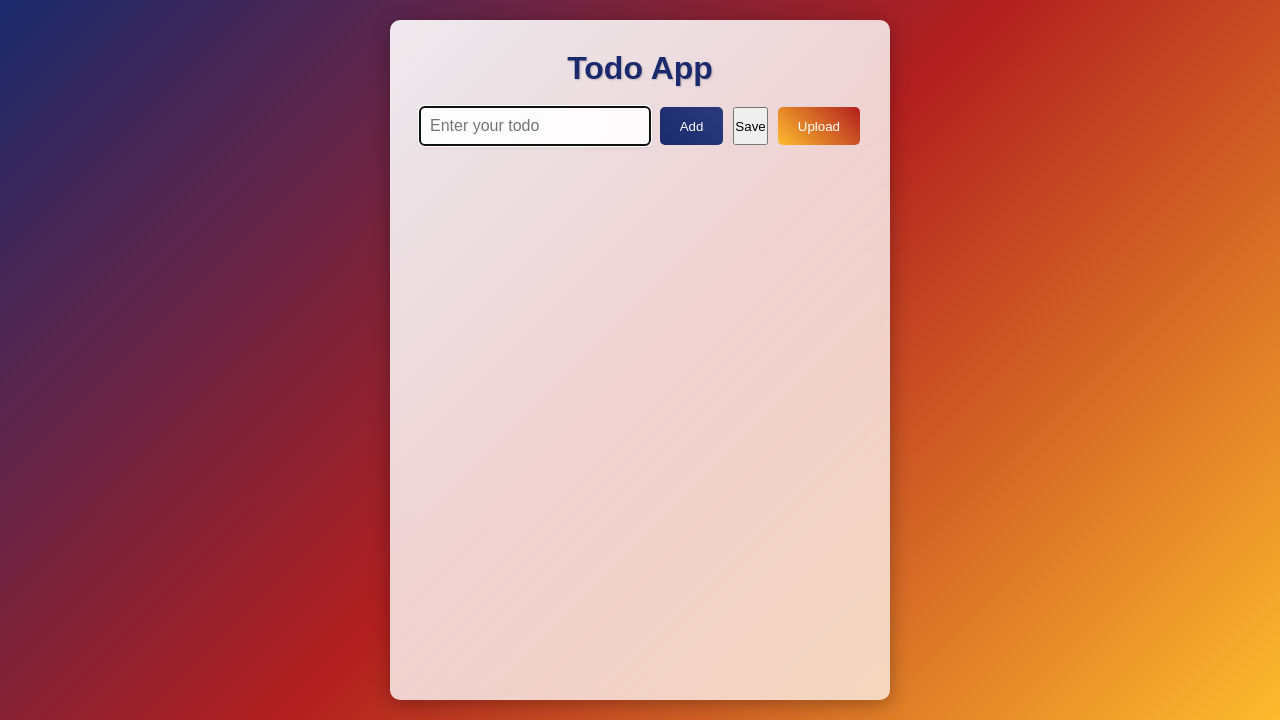
Repository: Teycir/todo-app
Page: index.html
The author's editor kept a copy of each file at every save. The page is drawn from the files as they stood at one save, then again after the next save.
The browser window is 1280 px wide. The pictures show the whole page.

Above is the page before, as saved 2024-11-07 18:14:02.

### index.html
<!DOCTYPE html>
<html lang="en">
<head>
    <meta charset="UTF-8">
    <meta name="viewport" content="width=device-width, initial-scale=1.0">
    <title>Todo App</title>
    <link rel="stylesheet" href="style.css">
</head>
<body>
    <div class="container">
        <h1>Todo App</h1>
        <div class="input-section">
            <input type="text" id="todoInput" placeholder="Enter your todo">
            <button id="addTodo">Add</button>
            <button id="saveTodo">Save</button>
            <button id="uploadTodo">Upload</button>
        </div>
        <ul id="todoList"></ul>
    </div>
    <script src="script.js"></script>
</body>
</html>

### style.css
* {
    margin: 0;
    padding: 0;
    box-sizing: border-box;
    font-family: Arial, sans-serif;
}

body {
    background: linear-gradient(135deg, #1a2a6c, #b21f1f, #fdbb2d);
    min-height: 100vh;
    display: flex;
    justify-content: center;
    padding: 20px;
}

.container {
    background: linear-gradient(135deg,
        rgba(255, 255, 255, 0.9),
        rgba(255, 255, 255, 0.8) 50%,
        rgba(255, 255, 255, 0.7)
    );
    padding: 30px;
    border-radius: 10px;
    box-shadow: 0 4px 20px rgba(0, 0, 0, 0.3);
    backdrop-filter: blur(10px);
    width: 100%;
    max-width: 500px;
}

h1 {
    color: #1a2a6c;
    text-align: center;
    margin-bottom: 20px;
    text-shadow: 1px 1px 2px rgba(0, 0, 0, 0.2);
}

.input-section {
    display: flex;
    gap: 10px;
    margin-bottom: 20px;
}

#todoInput {
    flex: 1;
    padding: 10px;
    border: none;
    border-radius: 5px;
    font-size: 16px;
    background: linear-gradient(to right, rgba(255, 255, 255, 0.95), rgba(255, 255, 255, 0.9));
    box-shadow: 0 2px 5px rgba(0, 0, 0, 0.1);
}

#addTodo, #uploadTodo {
    padding: 10px 20px;
    background: linear-gradient(45deg, #1a2a6c, #2a3a7c);
    color: white;
    border: none;
    border-radius: 5px;
    cursor: pointer;
    transition: transform 0.2s, box-shadow 0.2s;
}

#uploadTodo {
    background: linear-gradient(45deg, #fdbb2d, #b21f1f);
}

#todoList {
    list-style: none;
}

.todo-item {
    display: flex;
    align-items: center;
    padding: 10px;
    background: linear-gradient(to right, rgba(255, 255, 255, 0.95), rgba(255, 255, 255, 0.85));
    margin-bottom: 8px;
    border-radius: 5px;
    transition: all 0.3s;
    box-shadow: 0 2px 5px rgba(0, 0, 0, 0.1);
}

.todo-item:hover {
    background: linear-gradient(to right, rgba(255, 255, 255, 0.98), rgba(255, 255, 255, 0.9));
    transform: translateX(5px);
}

.todo-item.completed {
    background: linear-gradient(to right, rgba(232, 245, 233, 0.9), rgba(232, 245, 233, 0.8));
    text-decoration: line-through;
    color: #666;
}

.todo-item input[type="checkbox"] {
    margin-right: 10px;
    cursor: pointer;
}

.todo-text {
    flex: 1;
    color: #1a2a6c;
}

.delete-btn {
    padding: 5px 10px;
    background: linear-gradient(45deg, #b21f1f, #c52f2f);
    color: white;
    border: none;
    border-radius: 3px;
    cursor: pointer;
    transition: transform 0.2s, box-shadow 0.2s;
}

/* Common button hover styles */
#addTodo:hover, #uploadTodo:hover, .delete-btn:hover {
    box-shadow: 0 4px 8px rgba(0, 0, 0, 0.3);
    filter: brightness(1.1);
}

/* Button active state */
#addTodo:active, #uploadTodo:active, .delete-btn:active {
    transform: scale(0.95);
    box-shadow: 0 2px 4px rgba(0, 0, 0, 0.3);
}

### script.js
document.addEventListener('DOMContentLoaded', () => {
    const todoInput = document.getElementById('todoInput');
    const addTodoBtn = document.getElementById('addTodo');
    const uploadTodoBtn = document.getElementById('uploadTodo');
    const todoList = document.getElementById('todoList');

    // Load todos from localStorage and txt file
    let todos = JSON.parse(localStorage.getItem('todos')) || [];

    // Function to save todos to txt file
    async function saveTodosTxt() {
        const todoText = todos.map(todo =>
            `[${todo.completed ? 'x' : ' '}] ${todo.text}`
        ).join('\n');

        try {
            const blob = new Blob([todoText], { type: 'text/plain' });
            const handle = await window.showSaveFilePicker({
                suggestedName: 'todos.txt',
                types: [{
                    description: 'Text Files',
                    accept: { 'text/plain': ['.txt'] },
                }],
            });
            const writable = await handle.createWritable();
            await writable.write(blob);
            await writable.close();
        } catch (err) {
            console.error('Failed to save todos to file:', err);
        }
    }

    // Add ripple effect to buttons
    function createRipple(event) {
        const button = event.currentTarget;
        const ripple = document.createElement('span');
        const rect = button.getBoundingClientRect();

        const diameter = Math.max(rect.width, rect.height);
        const radius = diameter / 2;

        ripple.style.width = ripple.style.height = `${diameter}px`;
        ripple.style.left = `${event.clientX - rect.left - radius}px`;
        ripple.style.top = `${event.clientY - rect.top - radius}px`;
        ripple.className = 'ripple';

        // Remove existing ripples
        const existingRipple = button.querySelector('.ripple');
        if (existingRipple) {
            existingRipple.remove();
        }

        button.appendChild(ripple);

        // Remove ripple after animation
        setTimeout(() => ripple.remove(), 600);
    }

    // Add hover effects to buttons
    function addButtonEffects(button) {
        button.addEventListener('mouseover', () => {
            button.style.transform = 'scale(1.05) rotate(1deg)';
        });

        button.addEventListener('mouseout', () => {
            button.style.transform = 'scale(1) rotate(0deg)';
        });

        button.addEventListener('click', createRipple);
    }

    // Render existing todos
    function renderTodos() {
        todoList.innerHTML = '';
        todos.forEach((todo, index) => {
            const li = document.createElement('li');
            li.className = `todo-item ${todo.completed ? 'completed' : ''}`;

            li.innerHTML = `
                <input type="checkbox" ${todo.completed ? 'checked' : ''}>
                <span class="todo-text">${todo.text}</span>
                <button class="delete-btn">Delete</button>
            `;

            // Toggle completion
            const checkbox = li.querySelector('input[type="checkbox"]');
            checkbox.addEventListener('change', () => {
                todos[index].completed = checkbox.checked;
                li.classList.toggle('completed');
                saveTodos();
            });

            // Delete todo
            const deleteBtn = li.querySelector('.delete-btn');
            addButtonEffects(deleteBtn);
            deleteBtn.addEventListener('click', () => {
                li.style.transform = 'translateX(100px)';
                li.style.opacity = '0';
                setTimeout(() => {
                    todos.splice(index, 1);
                    renderTodos();
                    saveTodos();
                }, 300);
            });

            todoList.appendChild(li);
        });
    }

    // Save todos to localStorage and txt file
    function saveTodos() {
        localStorage.setItem('todos', JSON.stringify(todos));
        saveTodosTxt(); // Save to txt file
    }

    // Load todos from txt file
    async function loadTodosFromFile() {
        try {
            const [fileHandle] = await window.showOpenFilePicker({
                types: [{
                    description: 'Text Files',
                    accept: { 'text/plain': ['.txt'] },
                }],
            });
            const file = await fileHandle.getFile();
            const content = await file.text();

            // Parse the txt file content
            todos = content.split('\n').map(line => ({
                text: line.substring(4),
                completed: line.startsWith('[x]')
            })).filter(todo => todo.text);

            renderTodos();
            saveTodos();
        } catch (err) {
            console.error('Failed to load todos from file:', err);
        }
    }

    // Add new todo
    function addTodo() {
        const text = todoInput.value.trim();
        if (text) {
            todos.push({
                text,
                completed: false
            });
            todoInput.value = '';
            renderTodos();
            saveTodos();
            todoInput.focus();
        }
    }

    // Add effects to buttons
    addButtonEffects(addTodoBtn);
    addButtonEffects(uploadTodoBtn);

    // Event listeners
    addTodoBtn.addEventListener('click', addTodo);
    uploadTodoBtn.addEventListener('click', loadTodosFromFile);

    todoInput.addEventListener('keypress', (e) => {
        if (e.key === 'Enter') {
            addTodo();
        }
    });

    // Add ripple styles
    const style = document.createElement('style');
    style.textContent = `
        .ripple {
            position: absolute;
            background: rgba(255, 255, 255, 0.7);
            border-radius: 50%;
            transform: scale(0);
            animation: ripple 0.6s linear;
            pointer-events: none;
        }

        @keyframes ripple {
            to {
                transform: scale(4);
                opacity: 0;
            }
        }

        .todo-item {
            transition: transform 0.3s, opacity 0.3s;
        }

        .delete-btn, #addTodo, #uploadTodo {
            position: relative;
            overflow: hidden;
            transform: scale(1) rotate(0deg);
            transition: transform 0.3s, box-shadow 0.3s;
        }
    `;
    document.head.appendChild(style);

    // Initial render
    renderTodos();
    todoInput.focus();
});

After the next save:
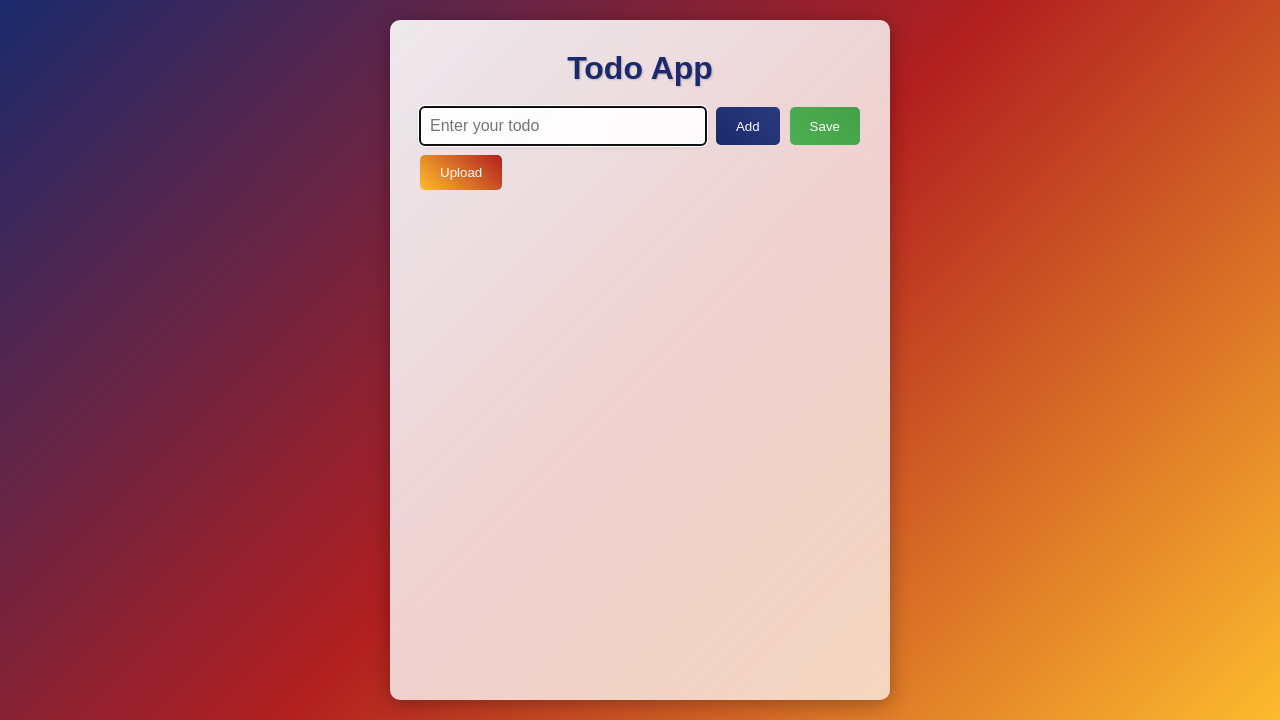
Saved 40 s later.
--- a/style.css
+++ b/style.css
@@ -38,10 +38,12 @@ h1 {
     display: flex;
     gap: 10px;
     margin-bottom: 20px;
+    flex-wrap: wrap;
 }
 
 #todoInput {
     flex: 1;
+    min-width: 200px;
     padding: 10px;
     border: none;
     border-radius: 5px;
@@ -50,14 +52,21 @@ h1 {
     box-shadow: 0 2px 5px rgba(0, 0, 0, 0.1);
 }
 
-#addTodo, #uploadTodo {
+#addTodo, #saveTodo, #uploadTodo {
     padding: 10px 20px;
-    background: linear-gradient(45deg, #1a2a6c, #2a3a7c);
     color: white;
     border: none;
     border-radius: 5px;
     cursor: pointer;
     transition: transform 0.2s, box-shadow 0.2s;
+}
+
+#addTodo {
+    background: linear-gradient(45deg, #1a2a6c, #2a3a7c);
+}
+
+#saveTodo {
+    background: linear-gradient(45deg, #4CAF50, #45a049);
 }
 
 #uploadTodo {
@@ -111,13 +120,13 @@ h1 {
 }
 
 /* Common button hover styles */
-#addTodo:hover, #uploadTodo:hover, .delete-btn:hover {
+#addTodo:hover, #saveTodo:hover, #uploadTodo:hover, .delete-btn:hover {
     box-shadow: 0 4px 8px rgba(0, 0, 0, 0.3);
     filter: brightness(1.1);
 }
 
 /* Button active state */
-#addTodo:active, #uploadTodo:active, .delete-btn:active {
+#addTodo:active, #saveTodo:active, #uploadTodo:active, .delete-btn:active {
     transform: scale(0.95);
     box-shadow: 0 2px 4px rgba(0, 0, 0, 0.3);
 }
